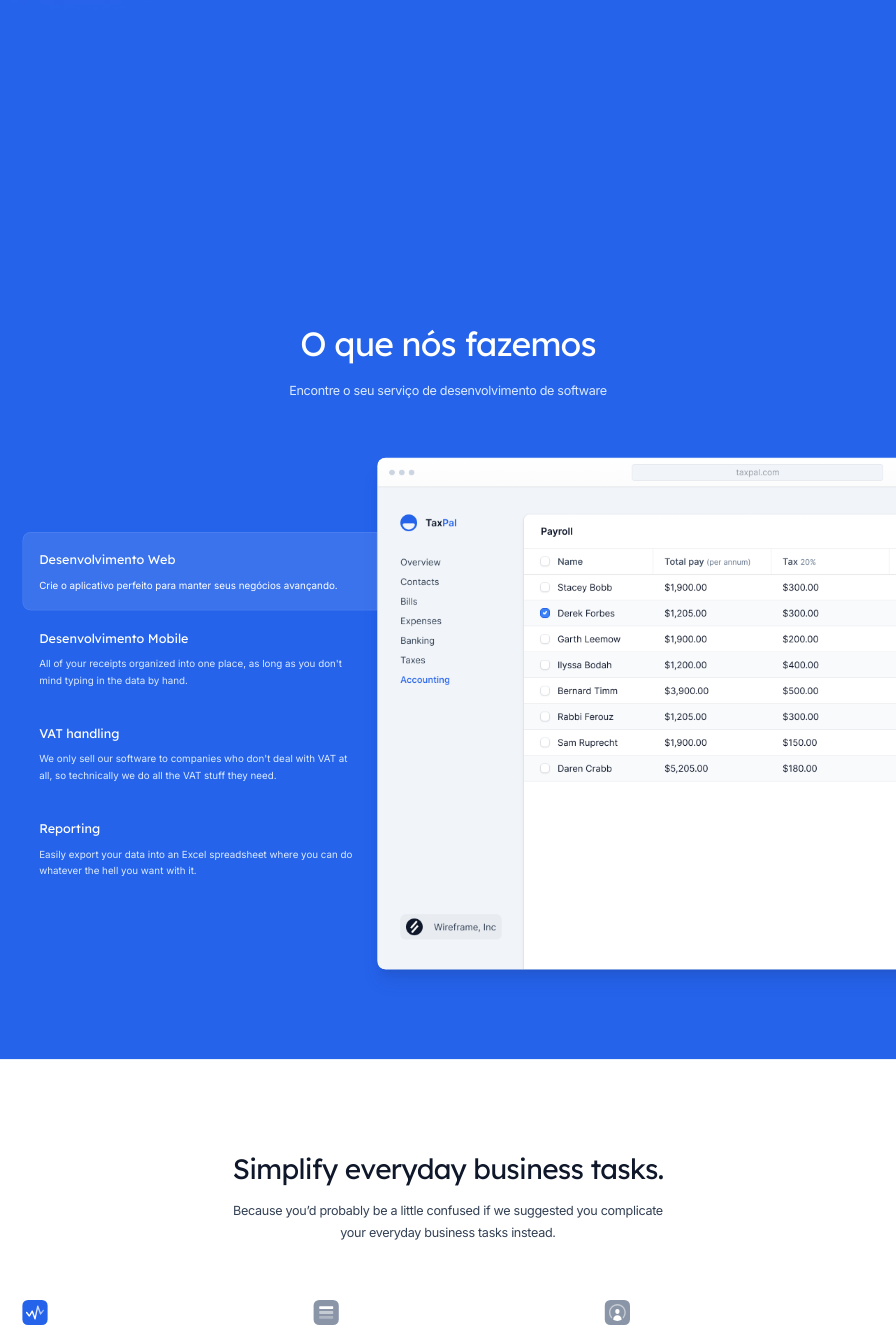
Repository: LuisSempre/imaginative
Page: /
An editor plug-in stored every save of this project. The page is shown before and after the next save, followed by the edit.
The browser window is 1280 px wide. The pictures show the part of the page from y = 1550 to 3470 px (the page is 9918 px tall), at 70% of full size.
The project was rebuilt for these pictures with package versions that can differ from the ones it lists, and the page was loaded fresh each time. The framework's server and built-in components were replaced by stand-ins that run in the browser. Also part of the build but not shown: next.config.js.

Above is the page before, as saved 2022-07-15 09:25:28.

### src/pages/index.jsx
import Head from 'next/head'

import { CallToAction } from '@/components/CallToAction'
import { Faqs } from '@/components/Faqs'
import { Footer } from '@/components/Footer'
import { Header } from '@/components/Header'
import { Hero } from '@/components/Hero'
import { Contact } from '@/components/Contact'
import { PrimaryFeatures } from '@/components/PrimaryFeatures'
import { SecondaryFeatures } from '@/components/SecondaryFeatures'
import { Testimonials } from '@/components/Testimonials'

export default function Home() {
  return (
    <>
      <Head>
        <title>TaxPal - Accounting made simple for small businesses</title>
        <meta
          name="description"
          content="Most bookkeeping software is accurate, but hard to use. We make the opposite trade-off, and hope you don’t get audited."
        />
      </Head>
      <Header />
      <main>
        <Hero />
        <PrimaryFeatures />
        <SecondaryFeatures />
        <CallToAction />
        <Testimonials />
        <Contact />
        <Faqs />
      </main>
      <Footer />
    </>
  )
}

### src/components/CallToAction.jsx
import Image from 'next/future/image'

import { Button } from '@/components/Button'
import { Container } from '@/components/Container'
import backgroundImage from '@/images/background-call-to-action.jpg'

export function CallToAction() {
  return (
    <section
      id="get-started-today"
      className="relative overflow-hidden bg-blue-600 py-32"
    >
      <Image
        className="absolute top-1/2 left-1/2 max-w-none -translate-x-1/2 -translate-y-1/2"
        src={backgroundImage}
        alt=""
        width={2347}
        height={1244}
        unoptimized
      />
      <Container className="relative">
        <div className="mx-auto max-w-lg text-center">
          <h2 className="font-display text-3xl tracking-tight text-white sm:text-4xl">
            Get started today
          </h2>
          <p className="mt-4 text-lg tracking-tight text-white">
            It’s time to take control of your books. Buy our software so you can
            feel like you’re doing something productive.
          </p>
          <Button href="/register" color="white" className="mt-10">
            Get 6 months free
          </Button>
        </div>
      </Container>
    </section>
  )
}

### src/components/Footer.jsx
import Link from 'next/link'

import { Container } from '@/components/Container'
import { Logo } from '@/components/Logo'
import { NavLink } from '@/components/NavLink'

export function Footer() {
  return (
    <footer className="bg-slate-50">
      <Container>
        <div className="py-16">
          <Logo className="mx-auto h-10 w-auto" />
          <nav className="mt-10 text-sm" aria-label="quick links">
            <div className="-my-1 flex justify-center gap-x-6">
              <NavLink href="#features">Features</NavLink>
              <NavLink href="#testimonials">Testimonials</NavLink>
              <NavLink href="#pricing">Pricing</NavLink>
            </div>
          </nav>
        </div>
        <div className="flex flex-col items-center border-t border-slate-400/10 py-10 sm:flex-row-reverse sm:justify-between">
          <div className="flex gap-x-6">
            <Link
              href="https://twitter.com"
              className="group"
              aria-label="TaxPal on Twitter"
            >
              <svg
                aria-hidden="true"
                className="h-6 w-6 fill-slate-500 group-hover:fill-slate-700"
              >
                <path d="M8.29 20.251c7.547 0 11.675-6.253 11.675-11.675 0-.178 0-.355-.012-.53A8.348 8.348 0 0 0 22 5.92a8.19 8.19 0 0 1-2.357.646 4.118 4.118 0 0 0 1.804-2.27 8.224 8.224 0 0 1-2.605.996 4.107 4.107 0 0 0-6.993 3.743 11.65 11.65 0 0 1-8.457-4.287 4.106 4.106 0 0 0 1.27 5.477A4.073 4.073 0 0 1 2.8 9.713v.052a4.105 4.105 0 0 0 3.292 4.022 4.093 4.093 0 0 1-1.853.07 4.108 4.108 0 0 0 3.834 2.85A8.233 8.233 0 0 1 2 18.407a11.615 11.615 0 0 0 6.29 1.84" />
              </svg>
            </Link>
            <Link
              href="https://github.com"
              className="group"
              aria-label="TaxPal on GitHub"
            >
              <svg
                aria-hidden="true"
                className="h-6 w-6 fill-slate-500 group-hover:fill-slate-700"
              >
                <path d="M12 2C6.477 2 2 6.484 2 12.017c0 4.425 2.865 8.18 6.839 9.504.5.092.682-.217.682-.483 0-.237-.008-.868-.013-1.703-2.782.605-3.369-1.343-3.369-1.343-.454-1.158-1.11-1.466-1.11-1.466-.908-.62.069-.608.069-.608 1.003.07 1.531 1.032 1.531 1.032.892 1.53 2.341 1.088 2.91.832.092-.647.35-1.088.636-1.338-2.22-.253-4.555-1.113-4.555-4.951 0-1.093.39-1.988 1.029-2.688-.103-.253-.446-1.272.098-2.65 0 0 .84-.27 2.75 1.026A9.564 9.564 0 0 1 12 6.844a9.59 9.59 0 0 1 2.504.337c1.909-1.296 2.747-1.027 2.747-1.027.546 1.379.202 2.398.1 2.651.64.7 1.028 1.595 1.028 2.688 0 3.848-2.339 4.695-4.566 4.943.359.309.678.92.678 1.855 0 1.338-.012 2.419-.012 2.747 0 .268.18.58.688.482A10.02 10.02 0 0 0 22 12.017C22 6.484 17.522 2 12 2Z" />
              </svg>
            </Link>
          </div>
          <p className="mt-6 text-sm text-slate-500 sm:mt-0">
            Copyright &copy; {new Date().getFullYear()} TaxPal. All rights
            reserved.
          </p>
        </div>
      </Container>
    </footer>
  )
}

### src/components/Header.jsx
import { Fragment } from 'react'
import Link from 'next/link'
import { Popover, Transition } from '@headlessui/react'
import clsx from 'clsx'
import { Container } from '@/components/Container'
import { Logo } from '@/components/Logo'
import { NavLink } from '@/components/NavLink'

function MobileNavLink({ href, children }) {
  return (
    <Popover.Button as={Link} href={href} className="block w-full p-2">
      {children}
    </Popover.Button>
  )
}

function MobileNavIcon({ open }) {
  return (
    <svg
      aria-hidden="true"
      className="h-3.5 w-3.5 overflow-visible stroke-slate-700"
      fill="none"
      strokeWidth={2}
      strokeLinecap="round"
    >
      <path
        d="M0 1H14M0 7H14M0 13H14"
        className={clsx(
          'origin-center transition',
          open && 'scale-90 opacity-0'
        )}
      />
      <path
        d="M2 2L12 12M12 2L2 12"
        className={clsx(
          'origin-center transition',
          !open && 'scale-90 opacity-0'
        )}
      />
    </svg>
  )
}

function MobileNavigation() {
  return (
    <Popover>
      <Popover.Button
        className="relative z-10 flex h-8 w-8 items-center justify-center [&:not(:focus-visible)]:focus:outline-none"
        aria-label="Toggle Navigation"
      >
        {({ open }) => <MobileNavIcon open={open} />}
      </Popover.Button>
      <Transition.Root>
        <Transition.Child
          as={Fragment}
          enter="duration-150 ease-out"
          enterFrom="opacity-0"
          enterTo="opacity-100"
          leave="duration-150 ease-in"
          leaveFrom="opacity-100"
          leaveTo="opacity-0"
        >
          <Popover.Overlay className="fixed inset-0 bg-slate-300/50" />
        </Transition.Child>
        <Transition.Child
          as={Fragment}
          enter="duration-150 ease-out"
          enterFrom="opacity-0 scale-95"
          enterTo="opacity-100 scale-100"
          leave="duration-100 ease-in"
          leaveFrom="opacity-100 scale-100"
          leaveTo="opacity-0 scale-95"
        >
          <Popover.Panel
            as="div"
            className="absolute inset-x-0 flex flex-col p-4 mt-4 text-lg tracking-tight origin-top bg-white shadow-xl top-full rounded-2xl text-slate-900 ring-1 ring-slate-900/5"
          >
            <MobileNavLink href="#services">Serviços</MobileNavLink>
            <MobileNavLink href="#portifolio">Portfólio</MobileNavLink>
            <MobileNavLink href="#sobre">Sobre</MobileNavLink>
          </Popover.Panel>
        </Transition.Child>
      </Transition.Root>
    </Popover>
  )
}

export function Header() {
  return (
    <header className="py-10">
      <Container>
        <nav className="relative z-50 flex justify-between">
          <div className="flex items-center md:gap-x-12">
            <Link href="#" aria-label="Home">
              <Logo className="w-auto h-10" />
            </Link>
          </div>
          <div className="flex items-center gap-x-5 md:gap-x-8">
            <div className="hidden md:flex">
              <NavLink href="#services">Serviços</NavLink>
              <NavLink href="#portifolio">Portfólio</NavLink>
              <NavLink href="#sobre">Sobre</NavLink>
            </div>
            <div className="-mr-1 md:hidden">
              <MobileNavigation />
            </div>
          </div>
        </nav>
      </Container>
    </header>
  )
}

### src/components/Hero.jsx
import Image from 'next/future/image'

import { Button } from '@/components/Button'
import { Container } from '@/components/Container'
import logoLaravel from '@/images/logos/laravel.svg'
import logoMirage from '@/images/logos/mirage.svg'
import logoStatamic from '@/images/logos/statamic.svg'
import logoStaticKit from '@/images/logos/statickit.svg'
import logoTransistor from '@/images/logos/transistor.svg'
import logoTuple from '@/images/logos/tuple.svg'

export function Hero() {
  return (
    <Container className="pt-20 pb-16 text-center lg:pt-32">
      <h1 className="max-w-4xl mx-auto text-5xl font-medium tracking-tight font-display text-slate-900 sm:text-7xl">
        Construindo{' '}
        <span className="relative text-blue-500 whitespace-nowrap">
          <svg
            aria-hidden="true"
            viewBox="0 0 418 42"
            className="absolute top-2/3 left-0 h-[0.58em] w-full fill-blue-300/70"
            preserveAspectRatio="none"
          >
            <path d="M203.371.916c-26.013-2.078-76.686 1.963-124.73 9.946L67.3 12.749C35.421 18.062 18.2 21.766 6.004 25.934 1.244 27.561.828 27.778.874 28.61c.07 1.214.828 1.121 9.595-1.176 9.072-2.377 17.15-3.92 39.246-7.496C123.565 7.986 157.869 4.492 195.942 5.046c7.461.108 19.25 1.696 19.17 2.582-.107 1.183-7.874 4.31-25.75 10.366-21.992 7.45-35.43 12.534-36.701 13.884-2.173 2.308-.202 4.407 4.442 4.734 2.654.187 3.263.157 15.593-.78 35.401-2.686 57.944-3.488 88.365-3.143 46.327.526 75.721 2.23 130.788 7.584 19.787 1.924 20.814 1.98 24.557 1.332l.066-.011c1.201-.203 1.53-1.825.399-2.335-2.911-1.31-4.893-1.604-22.048-3.261-57.509-5.556-87.871-7.36-132.059-7.842-23.239-.254-33.617-.116-50.627.674-11.629.54-42.371 2.494-46.696 2.967-2.359.259 8.133-3.625 26.504-9.81 23.239-7.825 27.934-10.149 28.304-14.005.417-4.348-3.529-6-16.878-7.066Z" />
          </svg>
          <span className="relative">software inovador</span>
        </span>{' '}
        para você crescer.
      </h1>
      <p className="max-w-2xl mx-auto mt-6 text-xl tracking-tight text-slate-700">
        Desenvolvimento de aplicativos web e mobile
      </p>
      <div className="flex justify-center mt-10 gap-x-6">
        <Button className="px-12 py-4 text-xl" href="#contato">
          Entre em contato
        </Button>
      </div>
      <div className="mt-36 lg:mt-44">
        <p className="text-base font-display text-slate-900">
         Confiado por empresas inovadoras
        </p>
        <ul
          role="list"
          className="flex items-center justify-center mt-8 gap-x-8 sm:flex-col sm:gap-x-0 sm:gap-y-10 xl:flex-row xl:gap-x-12 xl:gap-y-0"
        >
          {[
            [
              { name: 'Transistor', logo: logoTransistor },
              { name: 'Tuple', logo: logoTuple },
              { name: 'StaticKit', logo: logoStaticKit },
            ],
            [
              { name: 'Mirage', logo: logoMirage },
              { name: 'Laravel', logo: logoLaravel },
              { name: 'Statamic', logo: logoStatamic },
            ],
          ].map((group, groupIndex) => (
            <li key={groupIndex}>
              <ul
                role="list"
                className="flex flex-col items-center gap-y-8 sm:flex-row sm:gap-x-12 sm:gap-y-0"
              >
                {group.map((company) => (
                  <li key={company.name} className="flex">
                    <Image src={company.logo} alt={company.name} unoptimized />
                  </li>
                ))}
              </ul>
            </li>
          ))}
        </ul>
      </div>
    </Container>
  )
}

### src/components/PrimaryFeatures.jsx
import { useEffect, useState } from 'react'
import Image from 'next/future/image'
import { Tab } from '@headlessui/react'
import clsx from 'clsx'

import { Container } from '@/components/Container'
import backgroundImage from '@/images/background-features.jpg'
import screenshotExpenses from '@/images/screenshots/expenses.png'
import screenshotPayroll from '@/images/screenshots/payroll.png'
import screenshotReporting from '@/images/screenshots/reporting.png'
import screenshotVatReturns from '@/images/screenshots/vat-returns.png'

const features = [
  {
    title: 'Desenvolvimento Web',
    description:
      "Crie o aplicativo perfeito para manter seus negócios avançando.",
    image: screenshotPayroll,
  },
  {
    title: 'Desenvolvimento Mobile',
    description:
      "All of your receipts organized into one place, as long as you don't mind typing in the data by hand.",
    image: screenshotExpenses,
  },
  {
    title: 'VAT handling',
    description:
      "We only sell our software to companies who don't deal with VAT at all, so technically we do all the VAT stuff they need.",
    image: screenshotVatReturns,
  },
  {
    title: 'Reporting',
    description:
      'Easily export your data into an Excel spreadsheet where you can do whatever the hell you want with it.',
    image: screenshotReporting,
  },
]

export function PrimaryFeatures() {
  let [tabOrientation, setTabOrientation] = useState('horizontal')

  useEffect(() => {
    let lgMediaQuery = window.matchMedia('(min-width: 1024px)')

    function onMediaQueryChange({ matches }) {
      setTabOrientation(matches ? 'vertical' : 'horizontal')
    }

    onMediaQueryChange(lgMediaQuery)
    lgMediaQuery.addEventListener('change', onMediaQueryChange)

    return () => {
      lgMediaQuery.removeEventListener('change', onMediaQueryChange)
    }
  }, [])

  return (
    <section
      id="features"
      aria-label="Features for running your books"
      className="relative pt-20 overflow-hidden bg-blue-600 pb-28 sm:py-32"
    >
      <Image
        className="absolute top-1/2 left-1/2 max-w-none translate-x-[-44%] translate-y-[-42%]"
        src={backgroundImage}
        alt=""
        width={2245}
        height={1636}
        unoptimized
      />
      <Container className="relative">
        <div className="max-w-2xl md:mx-auto md:text-center xl:max-w-none">
          <h2 className="text-3xl tracking-tight text-white font-display sm:text-4xl md:text-5xl">
            O que nós fazemos
          </h2>
          <p className="mt-6 text-lg tracking-tight text-blue-100">
            Encontre o seu serviço de desenvolvimento de software
          </p>
        </div>
        <Tab.Group
          as="div"
          className="grid items-center grid-cols-1 pt-10 mt-16 gap-y-2 sm:gap-y-6 md:mt-20 lg:grid-cols-12 lg:pt-0"
          vertical={tabOrientation === 'vertical'}
        >
          {({ selectedIndex }) => (
            <>
              <div className="flex pb-4 -mx-4 overflow-x-auto sm:mx-0 sm:overflow-visible sm:pb-0 lg:col-span-5">
                <Tab.List className="relative z-10 flex px-4 gap-x-4 whitespace-nowrap sm:mx-auto sm:px-0 lg:mx-0 lg:block lg:gap-x-0 lg:gap-y-1 lg:whitespace-normal">
                  {features.map((feature, featureIndex) => (
                    <div
                      key={feature.title}
                      className={clsx(
                        'group relative rounded-full py-1 px-4 lg:rounded-r-none lg:rounded-l-xl lg:p-6',
                        selectedIndex === featureIndex
                          ? 'bg-white lg:bg-white/10 lg:ring-1 lg:ring-inset lg:ring-white/10'
                          : 'hover:bg-white/10 lg:hover:bg-white/5'
                      )}
                    >
                      <h3>
                        <Tab
                          className={clsx(
                            'font-display text-lg [&:not(:focus-visible)]:focus:outline-none',
                            selectedIndex === featureIndex
                              ? 'text-blue-600 lg:text-white'
                              : 'text-blue-100 hover:text-white lg:text-white'
                          )}
                        >
                          <span className="absolute inset-0 rounded-full lg:rounded-r-none lg:rounded-l-xl" />
                          {feature.title}
                        </Tab>
                      </h3>
                      <p
                        className={clsx(
                          'mt-2 hidden text-sm lg:block',
                          selectedIndex === featureIndex
                            ? 'text-white'
                            : 'text-blue-100 group-hover:text-white'
                        )}
                      >
                        {feature.description}
                      </p>
                    </div>
                  ))}
                </Tab.List>
              </div>
              <Tab.Panels className="lg:col-span-7">
                {features.map((feature) => (
                  <Tab.Panel key={feature.title} unmount={false}>
                    <div className="relative sm:px-6 lg:hidden">
                      <div className="absolute -inset-x-4 top-[-6.5rem] bottom-[-4.25rem] bg-white/10 ring-1 ring-inset ring-white/10 sm:inset-x-0 sm:rounded-t-xl" />
                      <p className="relative max-w-2xl mx-auto text-base text-white sm:text-center">
                        {feature.description}
                      </p>
                    </div>
                    <div className="mt-10 w-[45rem] overflow-hidden rounded-xl bg-slate-50 shadow-xl shadow-blue-900/20 sm:w-auto lg:mt-0 lg:w-[67.8125rem]">
                      <Image
                        className="w-full"
                        src={feature.image}
                        alt=""
                        priority
                        sizes="(min-width: 1024px) 67.8125rem, (min-width: 640px) 100vw, 45rem"
                      />
                    </div>
                  </Tab.Panel>
                ))}
              </Tab.Panels>
            </>
          )}
        </Tab.Group>
      </Container>
    </section>
  )
}

### src/components/Button.jsx
import Link from 'next/link'
import clsx from 'clsx'

const baseStyles = {
  solid:
    'group inline-flex items-center justify-center rounded-full py-2 px-4 text-sm font-semibold focus:outline-none focus-visible:outline-2 focus-visible:outline-offset-2',
  outline:
    'group inline-flex ring-1 items-center justify-center rounded-full py-2 px-4 text-sm focus:outline-none',
}

const variantStyles = {
  solid: {
    slate:
      'bg-slate-900 text-white hover:bg-slate-700 hover:text-slate-100 active:bg-slate-800 active:text-slate-300 focus-visible:outline-slate-900',
    blue: 'bg-blue-600 text-white hover:text-slate-100 hover:bg-blue-500 active:bg-blue-800 active:text-blue-100 focus-visible:outline-blue-600',
    white:
      'bg-white text-slate-900 hover:bg-blue-50 active:bg-blue-200 active:text-slate-600 focus-visible:outline-white',
  },
  outline: {
    slate:
      'ring-slate-200 text-slate-700 hover:text-slate-900 hover:ring-slate-300 active:bg-slate-100 active:text-slate-600 focus-visible:outline-blue-600 focus-visible:ring-slate-300',
    white:
      'ring-slate-700 text-white hover:ring-slate-500 active:ring-slate-700 active:text-slate-400 focus-visible:outline-white',
  },
}

export function Button({
  variant = 'solid',
  color = 'slate',
  className,
  href,
  ...props
}) {
  className = clsx(
    baseStyles[variant],
    variantStyles[variant][color],
    className
  )

  return href ? (
    <Link href={href} className={className} {...props} />
  ) : (
    <button className={className} {...props} />
  )
}

### src/components/Logo.jsx
import Image from 'next/image'
import logo from '../images/logos/logo.png'
export function Logo(props) {
  return <Image src={logo}  width={200}  height={32} alt="Picture of the author" />
}

Loaded but not shown: src/pages/_app.jsx (common file); src/pages/_document.jsx (common file); src/styles/tailwind.css (common file); src/components/Container.jsx (common file); src/components/NavLink.jsx (common file); tailwind.config.js (common file); src/components/Contact.jsx (187 lines, source omitted); src/components/SecondaryFeatures.jsx (231 lines, source omitted); src/components/Testimonials.jsx (144 lines, source omitted); src/components/Faqs.jsx (110 lines, source omitted)

After the next save:
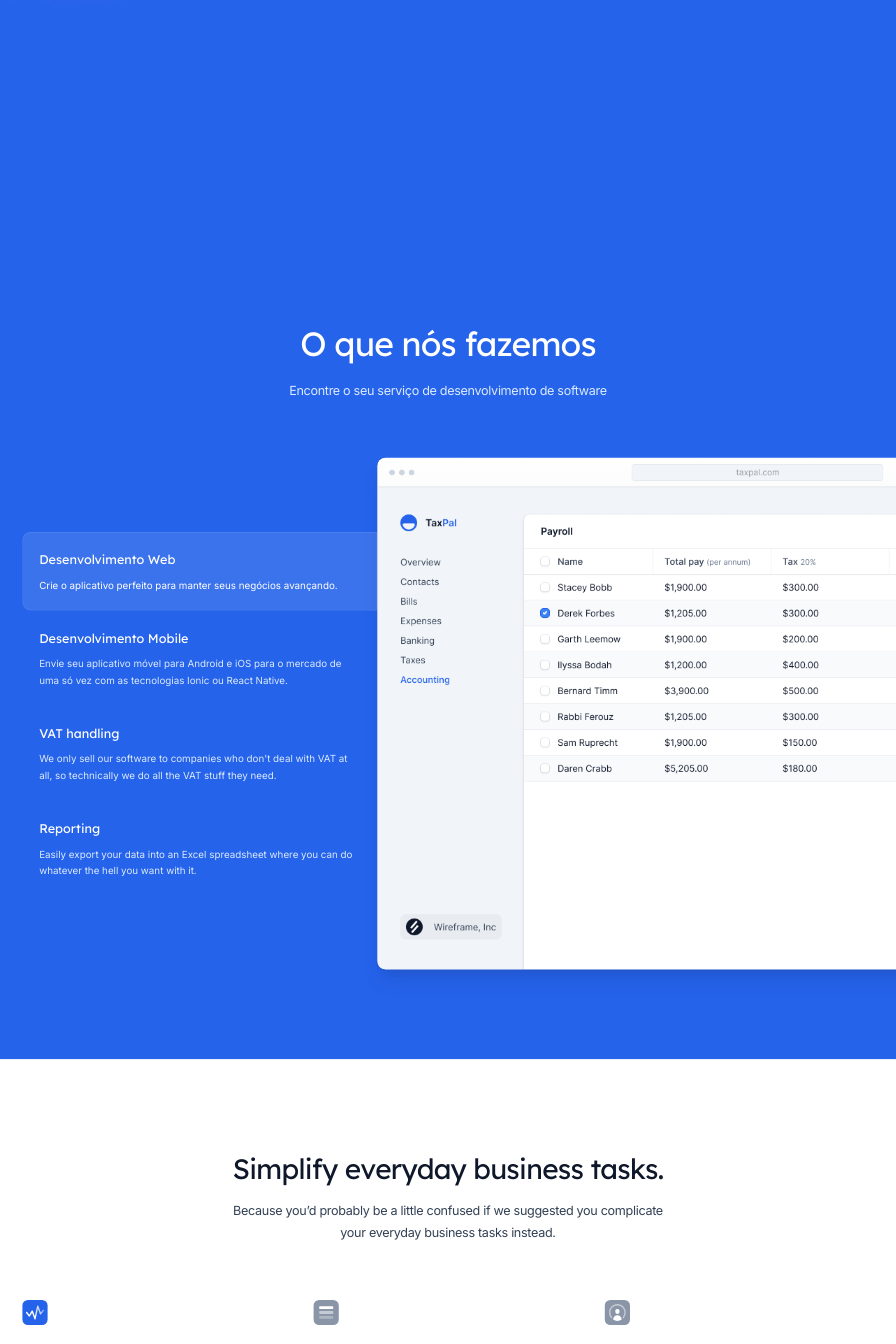
Saved 52 s later.
--- a/src/components/PrimaryFeatures.jsx
+++ b/src/components/PrimaryFeatures.jsx
@@ -20,7 +20,7 @@
   {
     title: 'Desenvolvimento Mobile',
     description:
-      "All of your receipts organized into one place, as long as you don't mind typing in the data by hand.",
+      "Envie seu aplicativo móvel para Android e iOS para o mercado de uma só vez com as tecnologias Ionic ou React Native.",
     image: screenshotExpenses,
   },
   {
